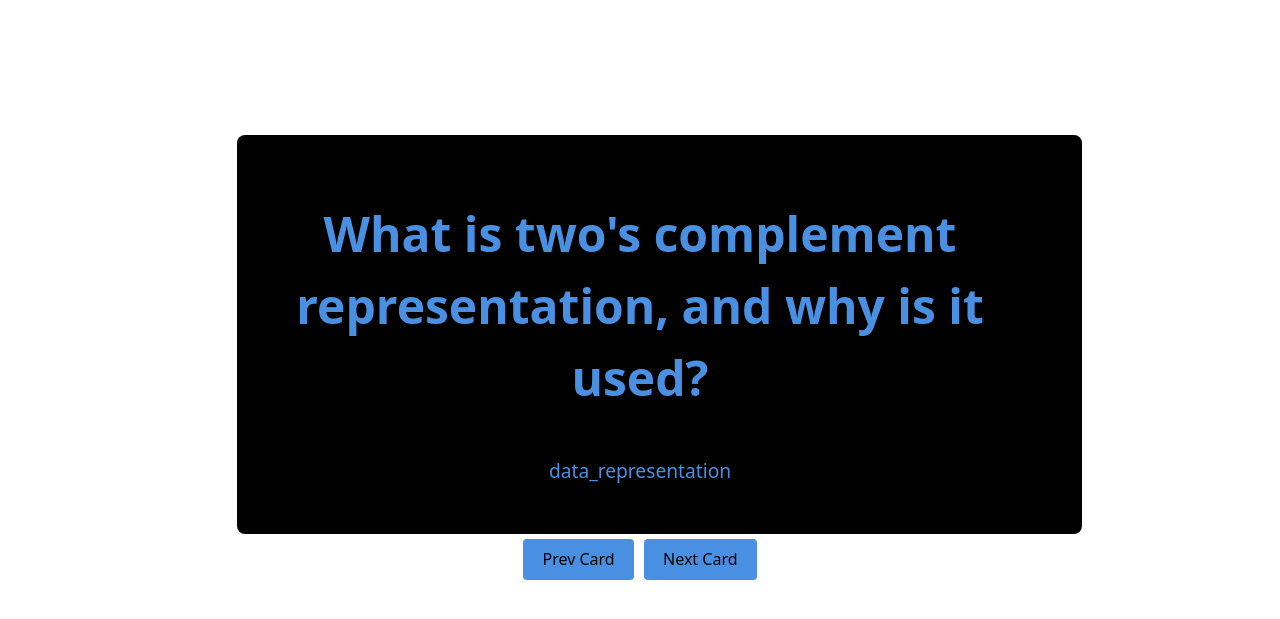
Repository: soluchi07/Flashcard-app
Page: /
The author's editor kept a copy of each file at every save. The page is drawn from the files as they stood at one save, then again after the next save.
The browser window is 1280 px wide. The pictures show the whole page.
The project was rebuilt for these pictures with package versions that can differ from the ones it lists, and the page was loaded fresh each time. Also part of the build but not shown: vite.config.js.

Above is the page before, as saved 2025-06-14 15:04:54.

After the next save:
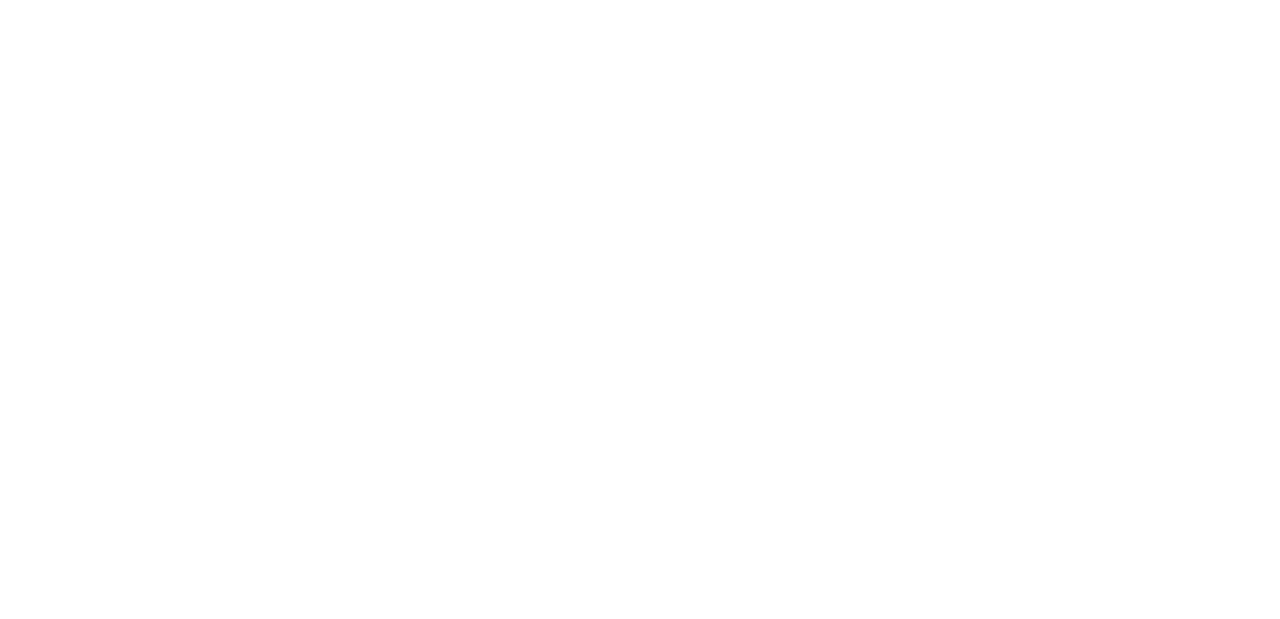
Console error: ReferenceError: card_text is not defined
Saved 8 s later.
--- a/src/App.jsx
+++ b/src/App.jsx
@@ -161,9 +161,7 @@
     // setFlipped(false);
   }
 
-  const image = Card_DATA[index].image
-  const category = Card_DATA[index].category
-  const card_text = Card_DATA[index].question
+
 
   const nextCard = () => {
     setIndex((index + 1) % Card_DATA.length)

After the save that followed:
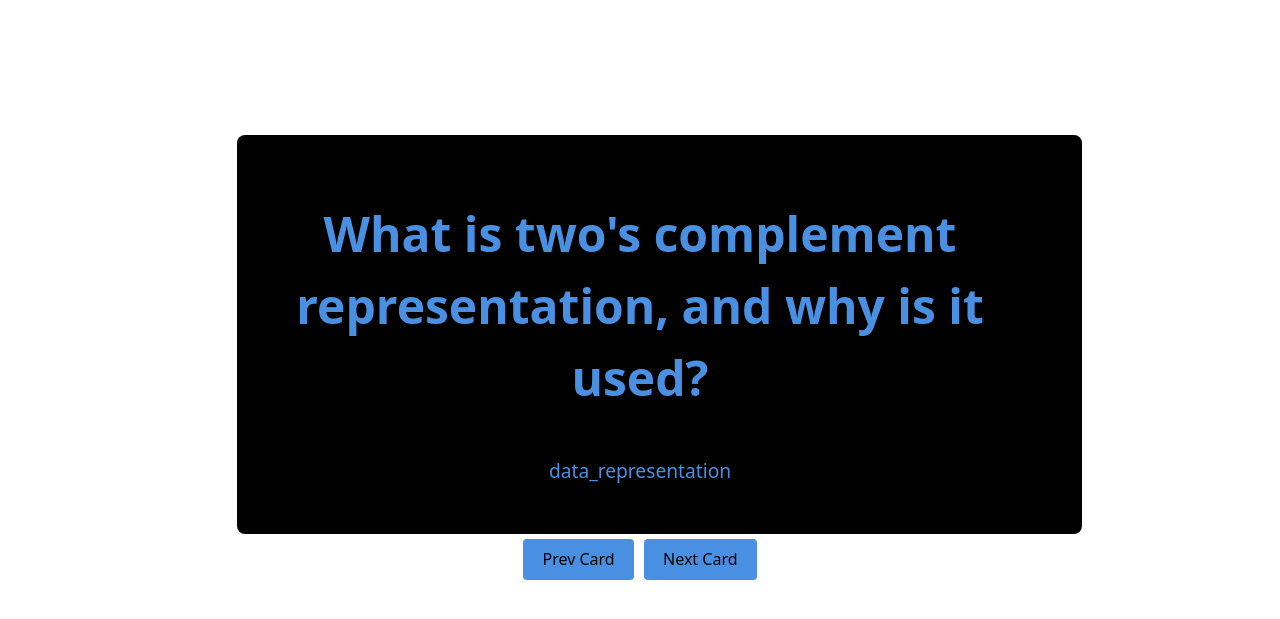
The error is gone.
Saved 7 s later.
--- a/src/App.jsx
+++ b/src/App.jsx
@@ -148,6 +148,9 @@
   //   }
 
   // }
+  const image = Card_DATA[index].image
+  const category = Card_DATA[index].category
+  const card_text = Card_DATA[index].question
   const flipCard = () => {
     setFlipped(!flipped);
     if (flipped) {
